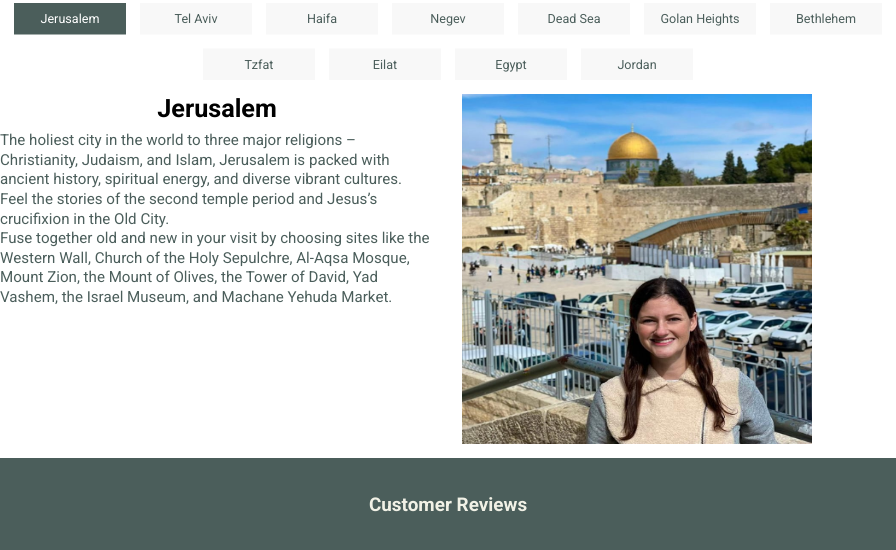
Repository: Pafestivo/realIsraelTours
Page: / (app in frontend/)
An editor plug-in stored every save of this project. The page is shown before and after the next save, followed by the edit.
The browser window is 1280 px wide. The pictures show the part of the page from y = 2076 to 3996 px (the page is 2862 px tall before and 3996 px after), at 70% of full size.
The project was rebuilt for these pictures with package versions that can differ from the ones it lists, and the page was loaded fresh each time. The framework's server and built-in components were replaced by stand-ins that run in the browser. Also part of the build but not shown: frontend/next.config.js. Imported but missing from the stored project, and not drawn on this page: frontend/src/assets/videoBG.mp4, frontend/src/styles/CustomerReviews.

Above is the page before, as saved 2023-09-20 18:06:47.

### frontend/src/app/layout.tsx
import type { Metadata } from "next";
import "@/styles/globals.css";
import { roboto } from "@/app/fonts";
import { config } from "@fortawesome/fontawesome-svg-core";
import "@fortawesome/fontawesome-svg-core/styles.css";
config.autoAddCss = false; // Tell Font Awesome to skip adding the CSS automatically since it's being imported above

export const metadata: Metadata = {
  title: "Real Israel Tours",
  description: "Plan your next tour",
};

export default function RootLayout({
  children,
}: {
  children: React.ReactNode;
}) {
  return (
    <html lang="en">
      <body className={roboto.className}>
        <div style={{ overflowX: "hidden" }}>{children}</div>
      </body>
    </html>
  );
}

### frontend/src/app/page.tsx
import Header from "@/components/Header";
import "@/styles/homePage.css";
import BackgroundVideo from "@/components/BackgroundVideo";
import ScrollArrow from "@/components/ScrollArrow";
import TripCard from "@/components/TripCard";
import geoPoliticalIcon from "@/assets/Geopolitical-icon.png";
import religious from "@/assets/Religious-and-educational.png";
import egpyt from "@/assets/Egypt-and-Jordan.png";
import classicTours from "@/assets/classic-tours.png";
import Destinations from "@/components/Destinations";
import CustomerReviews from "@/components/CustomerReviews";

export default function Home() {
  return (
    <div>
      <Header currentlyActivePage="Home" />
      <div className="cta-div">
        <div className="content">
          <h1>Custom made Israeli adventures</h1>
          <button>
            <span></span>Start Your Journey
          </button>
          <ScrollArrow />
        </div>
        <BackgroundVideo />
      </div>
      <div className="pageContainer">
        <section className="whyTravelWithUs">
          <h1>Why Travel With Real Israel Tours?</h1>
          <p className="info-block">
            We craft experiences that speak to our participants. We are
            long-time hands-on professionals who thoroughly get to know our
            clients and dedicate ourselves optimizing each moment to
            specifically match its participants.
          </p>
          <p className="info-block">
            After 8 years, we have a vast and high-quality network of trusted
            connections with every type of activity, site, and speaker the
            country can offer, waiting to be meticulously chosen and built into
            another cohesive journey.
          </p>
          <p className="info-block">
            Our staff is also passionate about the inspirational potential of
            Israel experiences and prides themselves on their ability to create
            profound impact, every time. They are invested, from each logistical
            detail running smoothly to fostering your group’s overall sense of
            community.
          </p>
          <p className="info-block">
            Whatever your precise interests, we guarantee trips that explore
            Israel deep beneath the surface, to the Real Israel, the one that
            empowers us to think, feel, enjoy, and connect.
          </p>
        </section>

        <section className="tripTypes">
          <TripCard
            image={geoPoliticalIcon}
            tripName="Geopolitical Tours"
            tripDescription="Dive into Israel's political complexity by engaging with diverse perspectives."
          />

          <TripCard
            image={religious}
            tripName="Religious, Educational And Community Tours"
            tripDescription="Adventure through a spiritual journey in the holy land."
          />

          <TripCard
            image={egpyt}
            tripName="Egypt & Jordan"
            tripDescription="Take the ultimate Middle East tour."
          />

          <TripCard
            image={classicTours}
            tripName="Classic Tours"
            tripDescription="Treat your crew to their perfect Israel adventure"
          />
        </section>

        <section className="destinations">
          <div className="destination-container">
            <Destinations />
          </div>
        </section>

        <section className="customer-reviews">
          <CustomerReviews />
        </section>
      </div>
    </div>
  );
}

### frontend/src/styles/globals.css
:root {
  --main-bg-color: #4b5e5b;
  --main-title-color: #F1F1E6;
  --main-text-color: #F1F1E6;
  --accent-orange: #ffc03f;
  --hover-accent-orange: #bd7e00;
}

* {
  padding: 0;
  margin: 0;
  box-sizing: border-box;
}

body {
  font-size: 18px;
  background-color: var(--main-bg-color);
  overflow-x: hidden;
}

p {
  line-height: 28px;
}

a {
  color: inherit;
  text-decoration: none;
}

section {
  margin: 30px 0;
  padding: 20px 120px;
  border: none;
}

.mobile-only {
  display: none;
}

.desktop-only {
  display: block;
}

.activated {
  color: var(--accent-orange);
}

@media screen and (max-width: 768px) {
  section {
    padding: 20px 10px;
  }

  .mobile-only {
    display: block;
  }

  .desktop-only {
    display: none;
  }
}

### frontend/src/app/fonts.tsx
import { Inter, Merriweather, Roboto } from "next/font/google";

export const inter = Inter({ subsets: ["latin"] });

export const merriweather = Merriweather({
  weight: ["400", "700"],
  style: ["normal", "italic"],
  subsets: ["latin"],
  display: "swap",
});

export const roboto = Roboto({
  weight: ["400", "700"],
  style: ["normal", "italic"],
  subsets: ["latin"],
  display: "swap",
});

// export const Mooli = Mooli({
//   weight: ["400", "700"],
//   style: ["normal", "italic"],
//   subsets: ["latin"],
//   display: "swap",
// });

### frontend/src/components/Header.tsx
"use client";
import React, { useEffect, useState } from "react";
import Image from "next/image";
import logo from "@/assets/logo.png";
import "@/styles/header.css";
import Link from "next/link";

interface HeaderProps {
  currentlyActivePage: string;
}

const Header = ({ currentlyActivePage }: HeaderProps) => {
  const [isMenuOpen, setMenuOpen] = useState(false);
  const [isScrolled, setIsScrolled] = useState(false);

  const toggleMenu = () => {
    setMenuOpen(!isMenuOpen);
  };

  useEffect(() => {
    const handleScroll = () => {
      setIsScrolled(window.scrollY > 100);
    };

    window.addEventListener("scroll", handleScroll);

    return () => {
      window.removeEventListener("scroll", handleScroll);
    };
  }, []);

  return (
    <div className={`header ${isScrolled ? "" : "transparent"}`}>
      <Link href="/">
        <Image className="headerLogo" src={logo} alt="logo" />
      </Link>
      <div className={`navbar ${isMenuOpen ? "open" : ""}`}>
        <button onClick={toggleMenu} className="close-button">
          ✕
        </button>{" "}
        <Link
          className={currentlyActivePage === "Home" ? "activated" : ""}
          href="/"
        >
          Home
        </Link>
        <Link
          className={currentlyActivePage === "Tours" ? "activated" : ""}
          href="/"
        >
          Tours
        </Link>
        <Link
          className={currentlyActivePage === "Gallery" ? "activated" : ""}
          href="/"
        >
          Gallery
        </Link>
        <Link
          className={currentlyActivePage === "AboutUs" ? "activated" : ""}
          href="/"
        >
          About Us
        </Link>
        <Link
          className={currentlyActivePage === "ContactUs" ? "activated" : ""}
          href="/"
        >
          Contact Us
        </Link>
        <hr className="mobile-only" />
        <p className="mobile-only">+972 52 335 5687</p>
        <p className="mobile-only">Elad@realisraeltours.com</p>
        <button className="inquire mobile-only">Inquire Now</button>
      </div>
      <button onClick={toggleMenu} className="hamburger">
        ☰
      </button>
      <button className="inquire desktop-only">Inquire Now</button>
    </div>
  );
};

export default Header;

### frontend/src/styles/homePage.css
.pageContainer {
  display: flex;
  flex-direction: column;
  justify-content: center;
  margin: 0 auto;
  padding: 0;
  max-width: 1450px;
  text-align: center;
  color: var(--main-text-color);
}

.cta-div {
  height: 100vh;
  width: 100vw;
  display: flex;
  justify-content: center;
  align-items: center;
}

.content {
  position: absolute;
  display: flex;
  flex-direction: column;
  justify-content: center;
  align-items: center;
  padding: 40px 0;
  width: 100vw;
  height: 100vh;
  background-color: rgba(0, 0, 0, 0.3);
  row-gap: 40px;
  overflow-x: hidden;
  text-align: center;
}

.content h1 {
  font-size: 5em;
}

.content button {
  font-size: 1.4em;
  padding: 14px 40px;
  border-radius: 5px;
  z-index: 1;
  position: relative;
  overflow: hidden;
}

/* an hover effect for two arrows and then rectangle */
.content button::before {
  content: "";
  position: absolute;
  top: 0;
  left: -100%;
  width: 50%;
  height: 100%;
  background-color: var(--hover-accent-orange);
  transition: all 0.5s ease-in-out;
  z-index: -1;
  clip-path: polygon(0% 0%, 100% 50%, 0% 100%);
}

.content button span {
  content: "";
  position: absolute;
  top: 0;
  left: -200%;
  width: 50%;
  height: 100%;
  background-color: var(--hover-accent-orange);
  transition: all 0.5s ease-in-out 0.16s;
  z-index: -1;
  clip-path: polygon(0% 0%, 100% 50%, 0% 100%);
}

.content button::after {
  content: "";
  position: absolute;
  top: 0;
  left: -300%;
  width: 100%;
  height: 100%;
  background-color: var(--hover-accent-orange);
  transition: all 0.5s ease-in-out 0.22s;
  z-index: -1;
}

.content button:hover::before {
  left: 100%;
}

.content button:hover span {
  left: 100%;
}

.content button:hover::after {
  left: 0;
}

.content button:hover {
  color: white;
}
/* end of arrows effect */


.content .arrow-down {
  position: absolute;
  color: var(--accent-orange);
  font-size: 3em;
  bottom: 20px;
}

h1 {
  color: var(--main-title-color);
}

.whyTravelWithUs {
  display: flex;
  flex-direction: column;
  row-gap: 20px;
}

.tripTypes {
  display: grid;
  grid-template-columns: 1fr 1fr;
  width: 80%;
  align-self: center;
  row-gap: 80px;
  column-gap: 50px;
  justify-content: center;
  align-items: center;
  place-items: center;
}

.destinations {
  background-color: white;
  width: 100vw;
  justify-self: center;
  align-self: center;
  margin-bottom: 0;
  padding-top: 30px;
}

.destination-container {
  max-width: 1450px;
  margin: 0 auto;
}

@media screen and (max-width: 768px) {
  .content h1 {
    font-size: 3em;
  }

  .content .arrow-down {
    font-size: 1.3em;
  }

  .tripTypes {
    grid-template-columns: 1fr;
  }

  .destinations {
    padding: 50px 20px;
  }
}

@media screen and (min-width: 1440px) {
  .tripTypes {
    width: 130%;
    grid-template-columns: 1fr 1fr 1fr 1fr;
    overflow-x: visible;
  }
}

### frontend/src/components/BackgroundVideo.tsx
import videoBG from "@/assets/videoBG.mp4";
import "@/styles/backgroundVideo.css";

export default function BackgroundVideo() {
  return (
    <video autoPlay muted loop>
      <source className="background-video" src={videoBG} type="video/mp4" />
    </video>
  );
}

### frontend/src/components/ScrollArrow.tsx
"use client";
import React, { useState, useEffect } from "react";
import { FontAwesomeIcon } from "@fortawesome/react-fontawesome";
import { faArrowDown } from "@fortawesome/free-solid-svg-icons";

const ScrollArrow = () => {
  const [showArrow, setShowArrow] = useState(true); // State to control arrow visibility

  useEffect(() => {
    // Function to handle scroll event
    const handleScroll = () => {
      if (window.scrollY > 0 && showArrow) {
        setShowArrow(false); // Hide the arrow if the user starts scrolling
      }
    };

    // Attach the scroll event listener
    window.addEventListener("scroll", handleScroll);

    // Cleanup: remove the event listener when the component unmounts
    return () => {
      window.removeEventListener("scroll", handleScroll);
    };
  }, [showArrow]); // Re-run the effect if showArrow changes

  return showArrow ? (
    <FontAwesomeIcon className="arrow-down" icon={faArrowDown} bounce />
  ) : null;
};

export default ScrollArrow;

### frontend/src/components/TripCard.tsx
import Image, { StaticImageData } from "next/image";
import React from "react";
import "@/styles/tripCard.css";

interface tripCardProps {
  image: StaticImageData;
  tripName: string;
  tripDescription: string;
}

const TripCard = ({ image, tripName, tripDescription }: tripCardProps) => {
  return (
    <div className="tripCard">
      <Image className="tripIcon" src={image} alt="tripIcon" />
      <h2>{tripName}</h2>
      <p>{tripDescription}</p>
    </div>
  );
};

export default TripCard;

### frontend/src/components/Destinations.tsx
"use client";
import React, { useState } from "react";
import "@/styles/destinations.css";
import { Destination } from "@/app/utils/types";
import { destinationsArray } from "@/app/utils/DestinationsArray";
import Image from "next/image";

const Destinations = () => {
  const [activeTab, setActiveTab] = useState(destinationsArray[0]);

  return (
    <div className="destinations-div">
      <h1>Remarkable Destinations</h1>
      <p>
        Our travel experts build customized adventures, allowing you to discover
        any of this compelling country’s awe-inspiring sites. Whether you want
        to dive deep into history, religion, politics, culture or outdoors
        adventure, we can advise you on which iconic destinations to choose and
        build an experience in each tailored to your interests. Describe your
        dream trip and we’ll configure an itinerary that surpasses all your
        expectations.
      </p>
      <div className="destinations-options">
        {/* Renders a list of destinations based on the array */}
        {destinationsArray.map((destination: Destination) => {
          return (
            <div
              className={activeTab === destination ? "activeTab" : ""}
              onClick={() => setActiveTab(destination)}
            >
              {destination.name}
            </div>
          );
        })}
      </div>
      <div className="Destination-info">
        <div>
          <h1>{activeTab.name}</h1>
          <p>{activeTab.description}</p>
        </div>
        <Image src={activeTab.image} alt={activeTab.name} />
      </div>
    </div>
  );
};

export default Destinations;

### frontend/src/components/CustomerReviews.tsx
import React from "react";
import "@/styles/CustomerReviews";
import { ReviewsArray } from "@/app/utils/ReviewsArray";

const CustomerReviews = () => {
  return (
    <div>
      <h1>Customer Reviews</h1>
    </div>
  );
};

export default CustomerReviews;

### frontend/src/styles/header.css
.header {
  position: absolute;
  width: 100vw;
  display: flex;
  justify-content: space-between;
  align-items: center;
  background-color: rgba(0, 0, 0, 0.3);
  transition: background-color 0.3s ease;
  padding: 20px 40px;
  z-index: 1000;
}

.header.transparent {
  background-color: rgba(0, 0, 0, 0.3);
}

.headerLogo {
  width: 200px;
  height: auto;
}

.navbar {
  display: flex;
  font-size: 1.1em;
  justify-content: space-around;
  align-items: center;
  column-gap: 20px;
  color: white;
}

button {
  background-color: var(--accent-orange);
  border: none;
  font-size: 1.15em;
  padding: 10px 20px;
  cursor: pointer;
  border-radius: 5px;
}

.hamburger {
  display: none;
}

.close-button {
  font-size: 1.5em;  /* Increase size for tap-ability */
  background: none;
  border: none;
  color: white;  /* Make it the same color as the text for harmony */
  cursor: pointer;
  position: absolute;  /* Absolute position within the navbar */
  top: 15px;  /* Position from the top */
  right: 15px;  /* Position from the right */
  padding: 5px;  /* A little padding to make it more tap-able */
  z-index: 10;  /* Just in case, to make it appear above all other items */
}

@media screen and (min-width: 769px) {
  .close-button {
    display: none;
  }
}

@media screen and (max-width: 768px) {
  .navbar {
    position: fixed;
    right: -120%;
    top: 0;
    bottom: 0;
    width: 100vw;
    font-size: 1.3em;
    flex-direction: column;
    background-color: rgba(255, 192, 63, 0.9);
    color: black;
    transition: right 0.3s ease-in-out;
    justify-content: flex-start;
    align-items: center;
    row-gap: 20px;
    padding: 110px 0; /* Reduced right/left padding */
    font-size: 1.4em; /* Increased font size for better readability */
    background-color: #333;  /* Darker background */
    color: white; /* Keep text color white for contrast */
    row-gap: 30px; /* Increased gap between rows for breathing space */
  }

  /* Adding a hover effect to indicate interactivity */
  .navbar a:hover,
  .navbar button:hover {
    color: var(--accent-orange); /* Add your own accent color */
  }

  .navbar.open {
    right: 0;
  }

  .hamburger {
    display: block;
  }
}

/* Media query for very large screens */
@media screen and (min-width: 1440px) {
  .navbar {
    font-size: 1.5em;
  }

  button {
    font-size: 1.5em;
  }
}

### frontend/src/styles/backgroundVideo.css
video {
  width: 100%;
  height: 100%;
  object-fit: cover;
}

### frontend/src/styles/tripCard.css
.tripCard {
  display: grid;
  grid-template-rows: 2fr 1fr 1fr;
  flex-direction: column;
  justify-content: center;
  align-items: center;
  place-items: center;
  row-gap: 15px;
  max-width: 300px;
  height: 250px;
  cursor: pointer;
  transition: all 0.2s ease-in-out;
}

.tripIcon {
  width: 130px;
  height: 130px;
  border-radius: 50%;
}

.tripCard:hover {
  transform: scale(1.1)
}

.tripCard p {
  align-self: flex-start;
}

.tripCard:hover h2,
.tripCard:hover p {
  color: var(--accent-orange);
}

### frontend/src/styles/destinations.css
.destinations-div {
  display: flex;
  flex-direction: column;
  justify-content: center;
  align-items: center;
  row-gap: 20px;
  justify-self: center;
  color: #4b5e5b;
  height: max-content;
}

.destinations-div h1 {
  color: black;
}

.destinations-options {
  display: flex;
  width: 100vw;
  flex-wrap: wrap;
  justify-content: center;
  align-items: center;
  gap: 20px;
}

.destinations-options > * {
  display: flex;
  justify-content: center;
  align-items: center;
  background-color: #f8f8f8;
  width: 160px;
  height: 45px;
  transition: all 0.2s ease-in-out;
  cursor: pointer;
}

.destinations-options > *:hover {
  background-color: #719e8b;
  color: white;
}

.activeTab {
  background-color: #4b5e5b;
  color: white;
}

.activeTab:hover {
  background-color: #4b5e5b;
  color: white;
  cursor: default;
}

.Destination-info {
  display: grid;
  grid-template-columns: 1fr 1fr;
  gap: 40px;
}

.Destination-info img {
  width: 500px;
  height: 500px;
}

.Destination-info h1 {
  font-size: 2em;
  margin-bottom: 10px;
}

.Destination-info p {
  font-size: 1.2em;
  white-space: pre-line;
  text-align: left;
}

### frontend/src/app/utils/ReviewsArray.tsx
export const reviewsArray = [
  {
    name: `285JOSHF`,
    date: `10.07.22`,
    review: `Can’t recommend Josh highly enough. From the mind blowing access he gave us, to his amazing knowledge of the region and its history, the trip with Josh was truly unbelievable.`,
  },
  {
    name: `Alan`,
    date: `6.08.23`,
    review: `Was in Israel for a school trip with a group of students. Most of them had never gone to Israel, myself included! We had the opportunity to interact with most of the staff during the duration of our trip and everyone was so respectful, educated, and had the utmost priority of ensuring the best possible experience for us. Ron was our tour guide for our 11-day trip and he fit into our group perfectly. It's hard to get a group of 20 college students to listen to and respect you but we loved Ron right away. Josh is literally the walking internet. He provided us with a world of knowledge and gave us the opportunity to question him about everything and anything. You'll be in good hands! They managed our itinerary and scheduled our guest speakers. We got to speak with government officials, refugees, and journalists. It changed the whole experience of our trip. It was honestly life-changing and we all got to relax and take it in because they made the experience smooth and organized. They sure do know Israel and they sure do know tourists/world travelers. Walking away with so much knowledge and an immensely better understanding of Israel/Palestine/Lebanon/Syria/Gaza and their relations/histories. Book with them, you won't regret it. If I'm ever back in Israel again I will book with them again`,
  },
  {
    name: `Jazmen`,
    date: `5.26.23`,
    review: `Ron was our tour guide and he was the most amazing guide. He taught us all about the Israel and Palestinian conflict and answered hard questions and made a point to explain both perspectives to the best of his knowledge while making it clear he is an Israeli so this is his perspective and he can’t give the complete story. We were able to speak with Palestinians as well and hear their narrative which gave us the opportunity to be critical thinkers and think for ourselves. This was a life changing tour and I am so thankful I experience it.`,
  },
  {
    name: `Erica`,
    date: `5.22.23`,
    review: `I had a wonderful experience with Real Israel Tours! I spent 11 days in Israel & Palestine on an Emory University trip & I left very knowledgeable + fulfilled. Josh & Lee [both travel agency staff] are super caring and interesting -- I always felt safe in their presence! Highly recommend.`,
  },
  {
    name: `Samantha`,
    date: `7.25.23`,
    review: `I visited Israel for the first time and it was an eye-opening experience. Our guide, Ron, was incredibly knowledgeable and made sure we saw all the key historical sites. The food was amazing and the people were so welcoming. Can't wait to go back!`,
  },
  {
    name: `Mike_1987`,
    date: `8.15.23`,
    review: `Our family trip to Israel was nothing short of amazing. The itinerary was well-planned, and we got to explore places like Jerusalem, Tel Aviv, and the Dead Sea. The kids had a blast and we learned so much about the culture and history. Highly recommend!`,
  },
  {
    name: `LindaS`,
    date: `9.10.23`,
    review: `I went on a solo trip to Israel and it was one of the best decisions I've ever made. The tour guides were fantastic, especially Josh, who made sure I felt comfortable and safe throughout the trip. The sights, the food, the people—everything was perfect!`,
  },
  {
    name: `JohnDoe123`,
    date: `8.30.23`,
    review: `Israel has always been on my bucket list and this trip did not disappoint. The historical sites were awe-inspiring and the local cuisine was to die for. Our guide, Lee, was very informative and made the trip extra special.`,
  },
  {
    name: `Emily_R`,
    date: `7.28.23`,
    review: `I went to Israel with a group of friends and we had the time of our lives. The nightlife in Tel Aviv is incredible and the history in Jerusalem is so rich. Our guide, Ron, was super friendly and knowledgeable. A trip to remember!`,
  },
  {
    name: `ChrisP`,
    date: `9.05.23`,
    review: `I can't say enough good things about my trip to Israel. The landscapes are stunning, from the beaches to the deserts. Our guide, Josh, was a fountain of knowledge and made sure we had a great time. Definitely coming back!`,
  },
  {
    name: `Tina_M`,
    date: `8.20.23`,
    review: `My husband and I went to Israel for our honeymoon and it was magical. We explored ancient ruins, relaxed by the Dead Sea, and ate some of the best food we've ever had. Our guide, Lee, was fantastic and made the trip unforgettable.`,
  },
  {
    name: `Alex_91`,
    date: `9.18.23`,
    review: `I was a bit nervous about traveling to Israel, but the trip exceeded all my expectations. The people were friendly, the sights were beautiful, and the history was fascinating. Our guide, Ron, was the best and made sure we had an amazing experience.`,
  },
  {
    name: `SarahG`,
    date: `7.31.23`,
    review: `I took my parents to Israel and we had an incredible journey. From the Western Wall to the beaches of Tel Aviv, every moment was special. Our guide, Josh, was very attentive and knowledgeable. A trip we'll never forget!`,
  },
  {
    name: `BenT`,
    date: `8.12.23`,
    review: `Israel is a must-visit destination. The mix of ancient history and modern culture is something you have to experience for yourself. Our guide, Lee, was excellent and made sure we got the most out of our trip. Highly recommend!`,
  },
];

Loaded but not shown: frontend/src/app/utils/DestinationsArray.tsx (69 lines, source omitted)

After the next save:
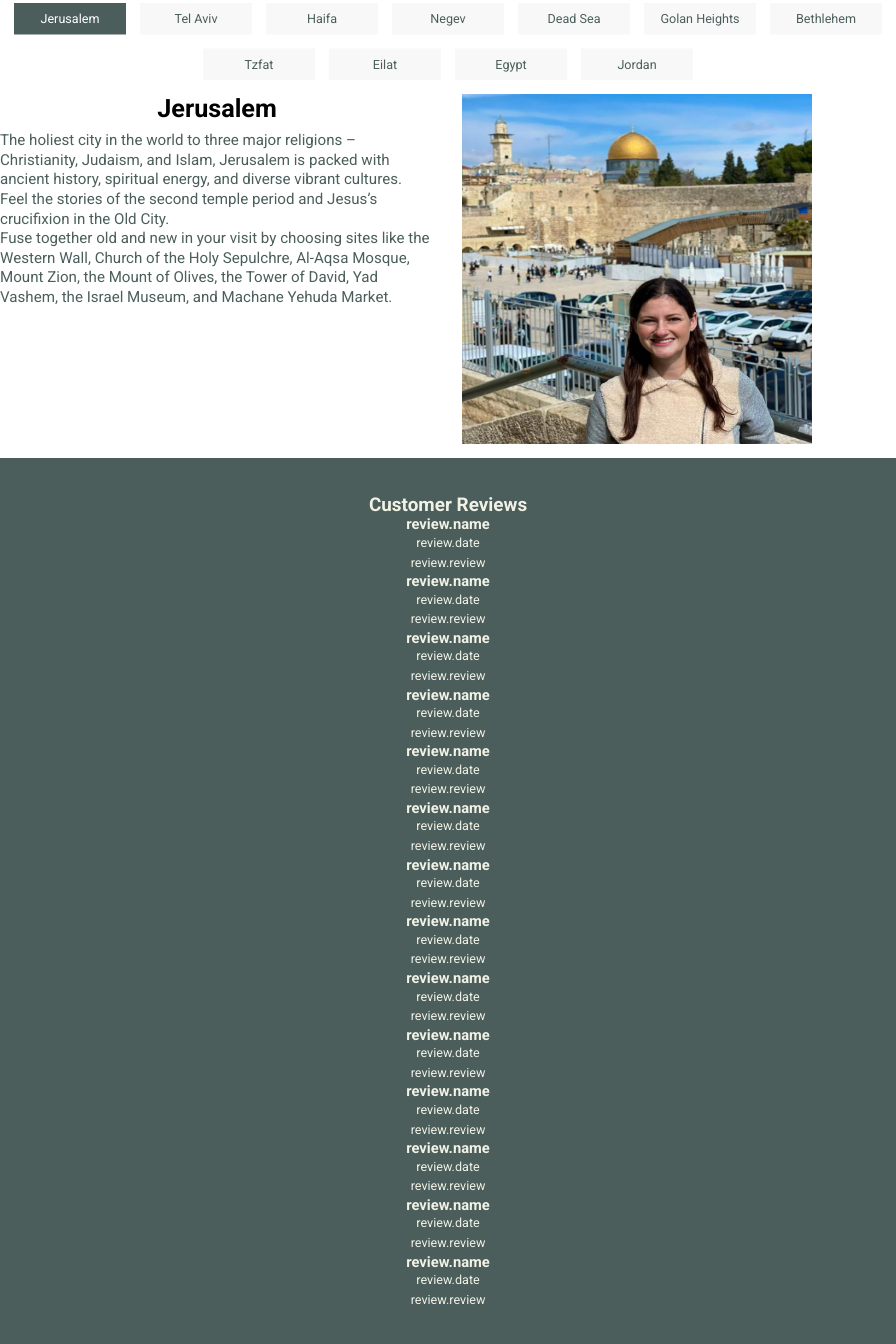
Saved 2 s later.
--- a/frontend/src/components/CustomerReviews.tsx
+++ b/frontend/src/components/CustomerReviews.tsx
@@ -1,11 +1,20 @@
 import React from "react";
 import "@/styles/CustomerReviews";
-import { ReviewsArray } from "@/app/utils/ReviewsArray";
+import { reviewsArray } from "@/app/utils/ReviewsArray";
 
 const CustomerReviews = () => {
   return (
     <div>
       <h1>Customer Reviews</h1>
+      <div className="container">
+        {reviewsArray.map((review, index) => (
+          <div key={index} className="review">
+            <h3>review.name</h3>
+            <p>review.date</p>
+            <p>review.review</p>
+          </div>
+        ))}
+      </div>
     </div>
   );
 };
